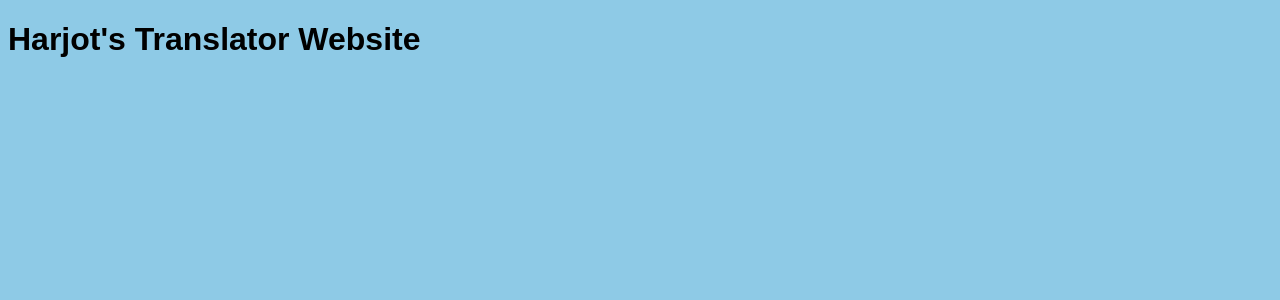
Repository: Harjot00/Pythonpractice
Page: Translator/homepage.html
These files come from the project's save history. The page is drawn as it stood at one moment and after the next save; the edit follows.
The browser window is 1280 px wide. The pictures show the whole page.
Some web fonts or font styles are not loaded; a fallback is used.

Above is the page before, as saved 2022-03-06 18:02:50.

After the next save:
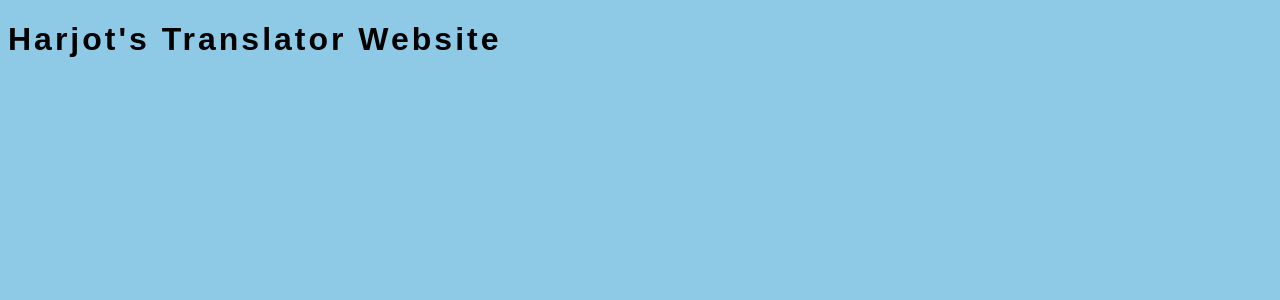
Saved 43 s later.
--- a/Translator/homepage.html
+++ b/Translator/homepage.html
@@ -10,6 +10,6 @@
 
 </head>
 <body>
-    <h1 style = "font-family: 'Mrs Sheppards', sans-serif;letter-spacing: 15%;">Harjot's Translator Website</h1>
+    <h1 style = "font-family: 'Mrs Sheppards', sans-serif;letter-spacing: 3px;">Harjot's Translator Website</h1>
 </body>
 </html>
